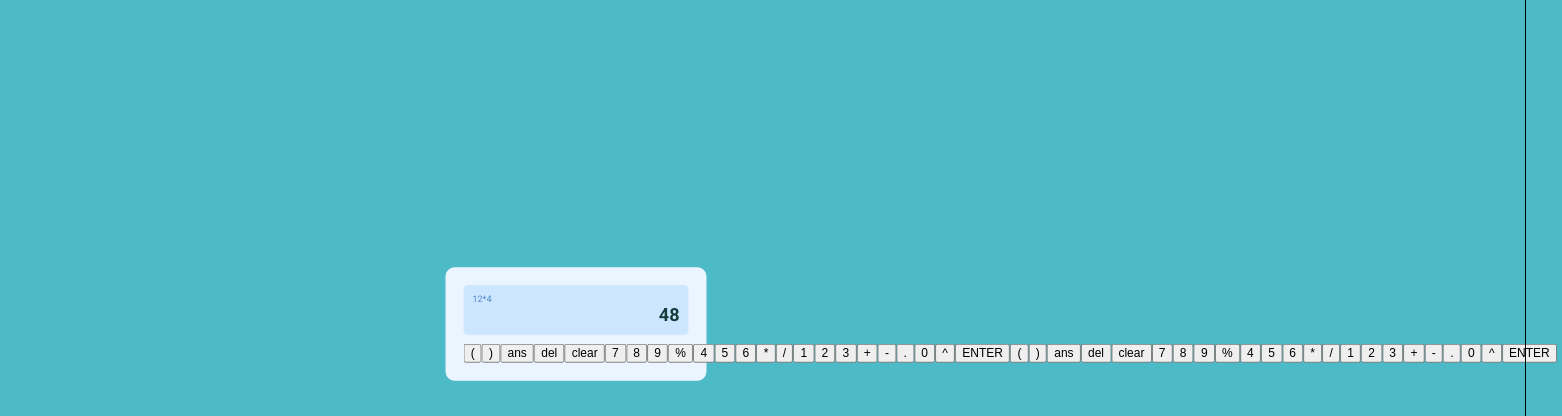
Repository: Herinyhert/Calculate-infix-a-postfix
Page: index.html
The author's editor kept a copy of each file at every save. The page is drawn from the files as they stood at one save, then again after the next save.
The browser window is 1280 px wide. The page is 1730 px wide, then 1735 px, so the pictures cover 1735 px, including what lies to the right of the window. The pictures show the whole page, at 90% of full size.

Above is the page before, as saved 2023-11-02 19:21:31.

After the next save:
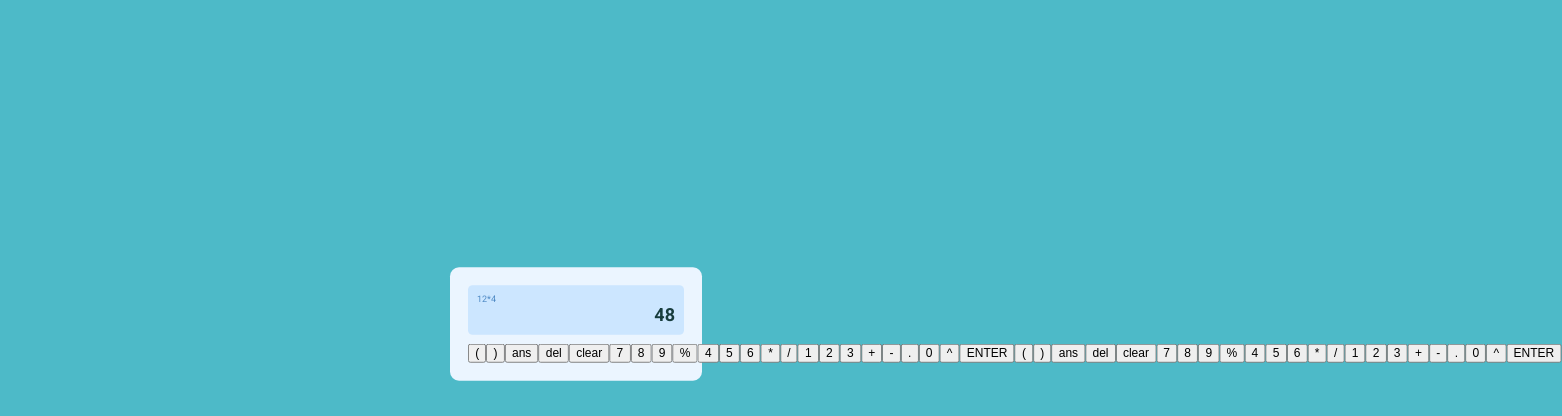
Saved 8 s later.
--- a/css/index.css
+++ b/css/index.css
@@ -13,7 +13,7 @@ body{
     background-color: #ebf5ff;
     padding: 20px;
     border-radius: 10px;
-    width: 250px;
+    width: 240px;
 }
 .calculator-result-preview{
     background-color: #cce6ff;
